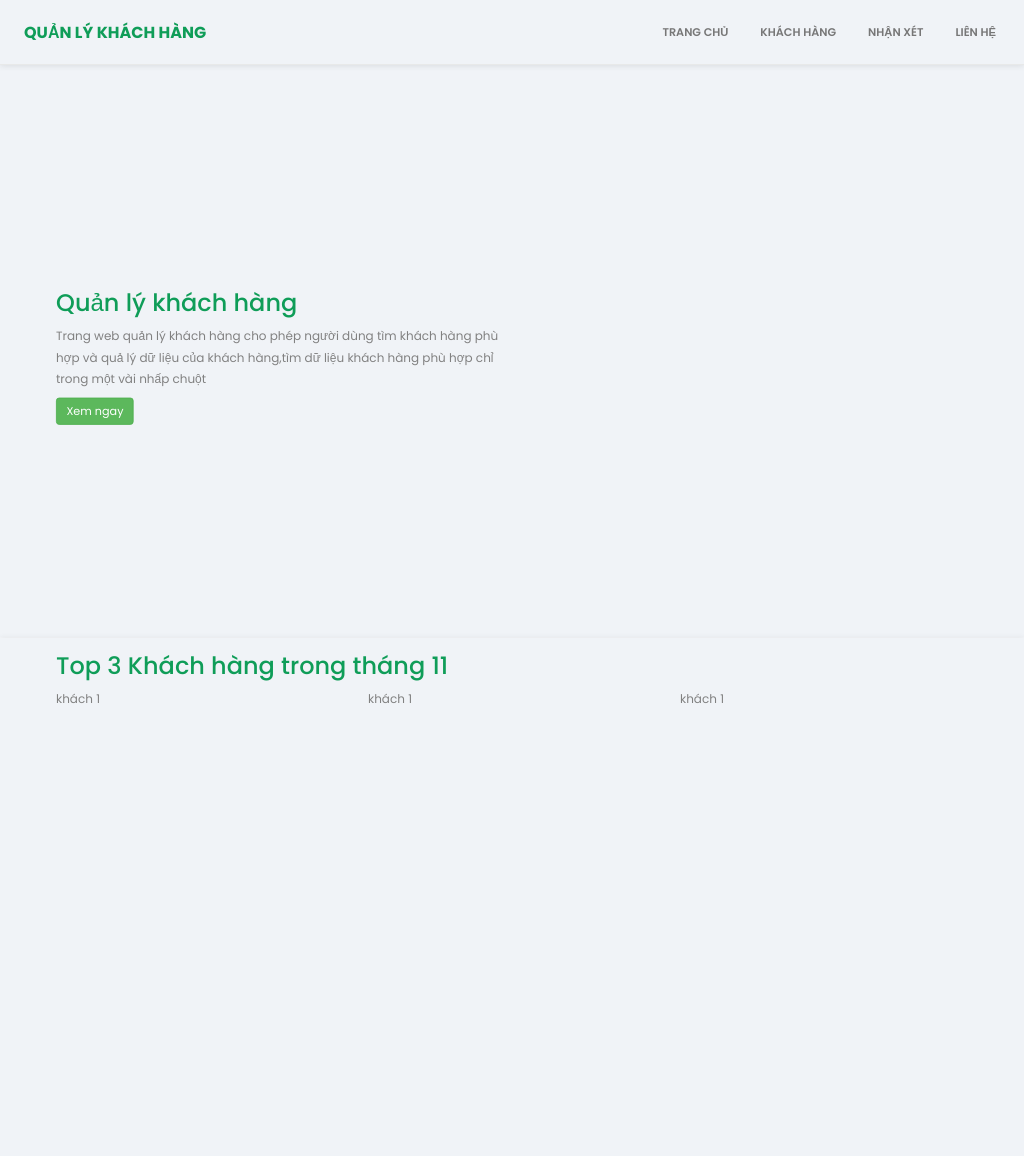
Repository: huutien1904/bt2-ltw
Page: index.html
The author's editor kept a copy of each file at every save. The page is drawn from the files as they stood at one save, then again after the next save.
The browser window is 1280 px wide. The pictures show the whole page, at 80% of full size.

Above is the page before, as saved 2021-11-04 00:50:12.

After the next save:
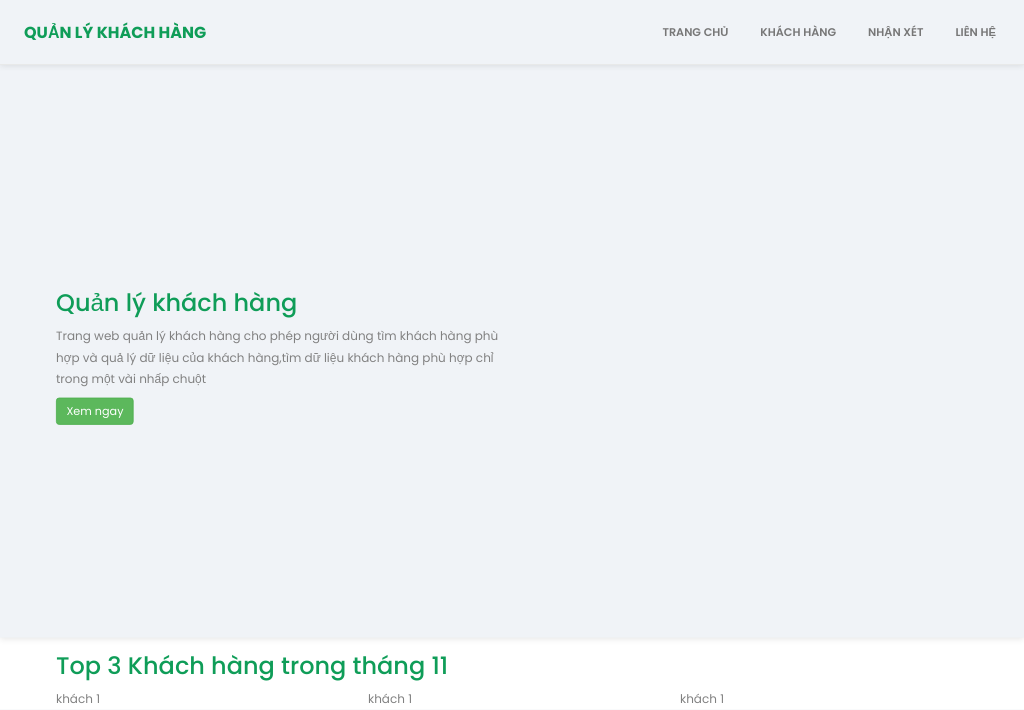
Saved 16 s later.
--- a/index.html
+++ b/index.html
@@ -64,11 +64,11 @@
   <!-- end trang chủ -->
 
   <!-- khách hàng -->
-  <section id="customer">
+  <section id="customer d-flex justify-content-center">
     <div class="container">
       <div class="row">
         <div class="col-md-6 col-sm-12">
-          <h2 class="title_customer d-flex justify-content-center">Top 3 Khách hàng trong tháng 11</h2>
+          <h2 class="title_customer ">Top 3 Khách hàng trong tháng 11</h2>
         </div>
       </div>
       <div class="row">
